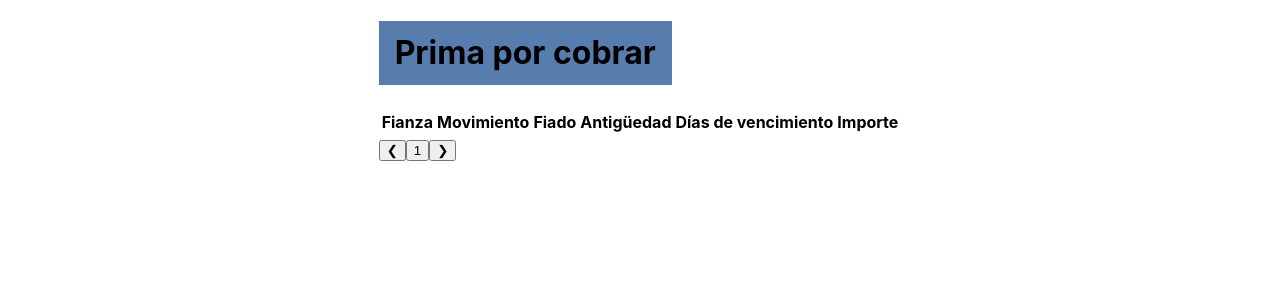
Repository: PCGP22/prueba-t-cnica-liberty-finanzas
Page: / (app in Prueba técnica full-stack/client/)
The author's editor kept a copy of each file at every save. The page is drawn from the files as they stood at one save, then again after the next save.
The browser window is 1280 px wide. The pictures show the whole page.
The page's requests for data from a server got no answer. The project was rebuilt for these pictures with package versions that can differ from the ones it lists, and the page was loaded fresh each time. No one was signed in, and anything a server would have sent is missing. Also part of the build but not shown: Prueba técnica full-stack/client/vite.config.js, Prueba técnica full-stack/client/src/components/Card.jsx, Prueba técnica full-stack/client/src/components/CardsContainer.jsx, Prueba técnica full-stack/client/src/components/Filters.jsx.

Above is the page before, as saved 2023-11-14 07:30:12.

### Prueba técnica full-stack/client/src/App.jsx
import { dataContext } from "./context/dataContext";
import Table from "./components/Table";
import { useEffect, useReducer } from "react";
import Pagination from "./components/pagination";
import reducer from "./hooks/Reducer";
import Header from "./components/Header";

function App() {
  let url = "http://localhost:5000/primas";
  const initialState = {
    backupData: {},
    data: {},
    dataToShow: {},
    currentPage: 1,
    maxPages: 1,
    contentPerPage: 8,
  };

  const [state, dispatch] = useReducer(reducer, initialState);
  useEffect(() => {
    fetch(url)
      .then((res) => res.json())
      .then((data) => dispatch({ type: "initialize", payload: data.primas }));
  }, [url]);

  return (
    <dataContext.Provider value={[state, dispatch]}>
      <Header />
      <Table />
      <Pagination />
    </dataContext.Provider>
  );
}

export default App;

### Prueba técnica full-stack/client/src/index.css
:root {
  font-family: Inter, system-ui, Avenir, Helvetica, Arial, sans-serif;
  line-height: 1.5;
  font-weight: 400;
  --background-color: #f2f2f1;
  --darkest-blue: #22305a;
  --blue: #1a4b94;
  --light-blue: #577dae;
  --lightest-blue: #9fbde4;
  --status-red: #de7878;
  --status-yellow: #f6c476;
  --status-green: #8fc475;
  --icon-red: #b93d3d;
  --icon-green: #6cb85d;
  --text-blue: #3a689d;
  --text-red:  #af2e2c;
  --box-shadow: solid black 8px 8px 16px;
}
body{
  margin: 0;
  padding: 0;
  display: flex;
  flex-direction: column;
  align-items: center;
}
h1{
  background-color: var(--light-blue);
  padding: 8px 16px;
  display: inline-block;
  text-align: center;
}

### Prueba técnica full-stack/client/src/context/dataContext.js
import { createContext } from "react";

export const dataContext = createContext();

### Prueba técnica full-stack/client/src/components/Table.jsx
import { calculateAntiquityInDays } from "../utils/utils";
import { useContext } from "react";
import { dataContext } from "../context/dataContext";

function Table() {
  const [state, dispatch] = useContext(dataContext);

  return (
    <table>
      <tbody>
        <tr>
          <th>Fianza</th>
          <th>Movimiento</th>
          <th>Fiado</th>
          <th>Antigüedad</th>
          <th>Días de vencimiento</th>
          <th>Importe</th>
        </tr>
        {state.dataToShow.length > 0 &&
          state.dataToShow.map((t) => {
            let antiquity = calculateAntiquityInDays(
              t.datos["fecha de emisión"]
            );
            let daysSinceStale = calculateAntiquityInDays(
              t.datos["fecha de vencimiento"]
            );
            if (daysSinceStale < 0) daysSinceStale = 0;
            return (
              <tr key={t.datos.código_de_fianza}>
                <td>{t.datos.código_de_fianza}</td>
                <td>{t.datos.tipo_de_movimiento}</td>
                <td>{t.datos.fiado}</td>
                <td>{antiquity}</td>
                <td>{daysSinceStale}</td>
                <td>${t.datos.importe.toLocaleString()}</td>
              </tr>
            );
          })}
      </tbody>
    </table>
  );
}

export default Table;

### Prueba técnica full-stack/client/src/components/pagination.jsx
import { useContext } from "react";
import { dataContext } from "../context/dataContext";

function Pagination() {
  const [state, dispatch] = useContext(dataContext);

  //   return <button onClick={() => dispatch({ type: "change" })}>Cambiar</button>;
  //   const { state.maxPages, state.currentPage, setstate.CurrentPage, setNextPage, setPrevPage } =
  // useContext(dataContext);
  //This pagination is somewhat complex because I've used it before in bigger proyects.
  //First, it initializes the pagination buttons to the first 6 numbers except for the number 1
  //The reason it doesn't includes the first page is because the first and last page buttons are always shown
  let pagesButtons = [2, 3, 4, 5, 6];
  //while the current page stays on the first three pages, show all first 6
  //The reason for the if, it's that I want the first 6 buttons to be shown when returning from the latest pages
  if (
    state.currentPage === 1 ||
    state.currentPage === 2 ||
    state.currentPage === 3
  ) {
    pagesButtons = [2, 3, 4, 5, 6];
  }
  //As soon as we change to page 4 or more, let's follow the current page and
  //add two buttons to the left and two to the right
  if (state.currentPage >= 4) {
    pagesButtons = [
      state.currentPage - 2,
      state.currentPage - 1,
      state.currentPage,
      state.currentPage + 1,
      state.currentPage + 2,
    ];
  }
  //When approaching to the right end of the pagination, show the last 5 pages
  if (
    state.currentPage === state.maxPages - 1 ||
    state.currentPage === state.maxPages - 2 ||
    state.currentPage === state.maxPages
  ) {
    //The reason it doesn't includes the last page is because the first and last page buttons are always shown
    pagesButtons = [
      state.maxPages - 5,
      state.maxPages - 4,
      state.maxPages - 3,
      state.maxPages - 2,
      state.maxPages - 1,
    ];
  }
  return (
    <section className="pagination">
      <button
        //About the class: When in first or last page the navigation chevrons will have a special class
        //The same happens when the button is the current page
        className={`${state.currentPage === 1 && "disabled"}`}
        onClick={() => dispatch({ type: "prevPage" })}>
        ❮
      </button>
      {/* First button, always shown */}
      <button
        className={`${state.currentPage === 1 && "disabled"}`}
        onClick={() => dispatch({ type: "setPage", payload: 1 })}>
        1
      </button>
      {/* Adds three dots in case the current page is bigger than 4*/}
      {state.currentPage > 4 && <p>•••</p>}
      {/* Map through all pages defined in the first part*/}
      {pagesButtons.map((p) => {
        if (p > 1 && p < state.maxPages)
          return (
            <button
              className={`${state.currentPage === p && "disabled"}`}
              key={p}
              onClick={() => dispatch({ type: "setPage", payload: p })}>
              {p}
            </button>
          );
      })}
      {/* Adds three dots in case the current page is getting closer to the right end*/}
      {state.currentPage < state.maxPages - 3 && <p>•••</p>}
      {/* If there's more than 1 page, show always the last page*/}
      {state.maxPages > 1 && (
        <button
          className={`${state.currentPage === state.maxPages && "disabled"}`}
          onClick={() =>
            dispatch({ type: "setPage", payload: state.maxPages })
          }>
          {state.maxPages}
        </button>
      )}
      <button
        className={`${state.currentPage === state.maxPages && "disabled"}`}
        onClick={() => dispatch({ type: "nextPage" })}>
        ❯
      </button>
    </section>
  );
}

export default Pagination;

### Prueba técnica full-stack/client/src/hooks/Reducer.js
function reducer(state, action) {
  function divideData(data, currentPage, state) {
    let dividedData = data.slice(
      (currentPage - 1) * state.contentPerPage,
      currentPage * state.contentPerPage
    );
    return dividedData;
  }
  function calculateMaxPages(data, state) {
    let maxPages = Math.ceil(data.length / state.contentPerPage);
    return maxPages;
  }
  const { type, payload } = action;
  switch (type) {
    case "initialize":
      return {
        ...state,
        backupData: payload,
        data: payload,
        dataToShow: divideData(payload, 1, state),
        maxPages: calculateMaxPages(payload, state),
      };
    case "prevPage":
      if (state.currentPage > 1) {
        return {
          ...state,
          currentPage: state.currentPage - 1,
          dataToShow: divideData(state.data, state.currentPage - 1, state),
        };
      } else return state;
    case "nextPage":
      if (state.currentPage < state.maxPages) {
        return {
          ...state,
          currentPage: state.currentPage + 1,
          dataToShow: divideData(state.data, state.currentPage + 1, state),
        };
      } else return state;
    case "setPage":
      return {
        ...state,
        currentPage: payload,
        dataToShow: divideData(state.data, payload, state),
      };
    case "filter":
      if (payload.filter === "") {
        return { ...state, dataToShow: state.backupData };
      } else
        return {
          ...state,
          dataToShow: state.backupData.filter(
            (d) => d[payload.type] === payload.filter
          ),
        };
    default:
      return state;
  }
}

export default reducer;

### Prueba técnica full-stack/client/src/components/Header.jsx
import CardsContainer from "./CardsContainer";
import Filters from "./Filters";

function Header() {
  return (
    <header>
      <h1>Prima por cobrar</h1>
      <Filters />
      <CardsContainer />
    </header>
  );
}

export default Header;

### Prueba técnica full-stack/client/src/utils/utils.js
//This function calculates how many days have passed since a date
export function calculateAntiquityInDays(date) {
  let parsedDate = parseDate(date);
  const CONSTANT_Ms_TO_DAYS = 86400000;
  let today = new Date();
  let comparisonDate = new Date(parsedDate);
  return Math.trunc((today - comparisonDate) / CONSTANT_Ms_TO_DAYS) - 1;
}

//transforms the date DD/MM/YYYY to an acceptable MM/DD/YYYY
function parseDate(date) {
  let stringToArray = date.split("/");
  let temp = stringToArray[0];
  stringToArray[0] = stringToArray[1];
  stringToArray[1] = temp;
  return stringToArray.join("/");
}

Loaded but not shown: Prueba técnica full-stack/client/index.html (common file); Prueba técnica full-stack/client/src/main.jsx (common file)

After the next save:
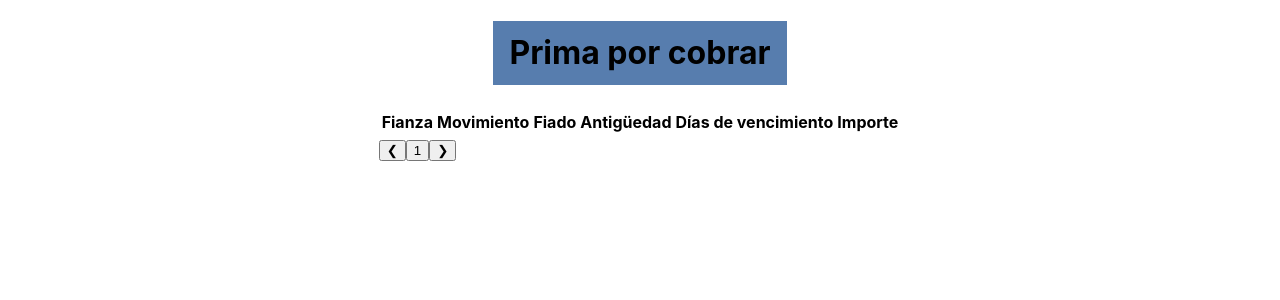
Saved 17 s later.
--- a/Prueba técnica full-stack/client/src/index.css
+++ b/Prueba técnica full-stack/client/src/index.css
@@ -19,6 +19,8 @@
 body{
   margin: 0;
   padding: 0;
+}
+body, header{
   display: flex;
   flex-direction: column;
   align-items: center;
